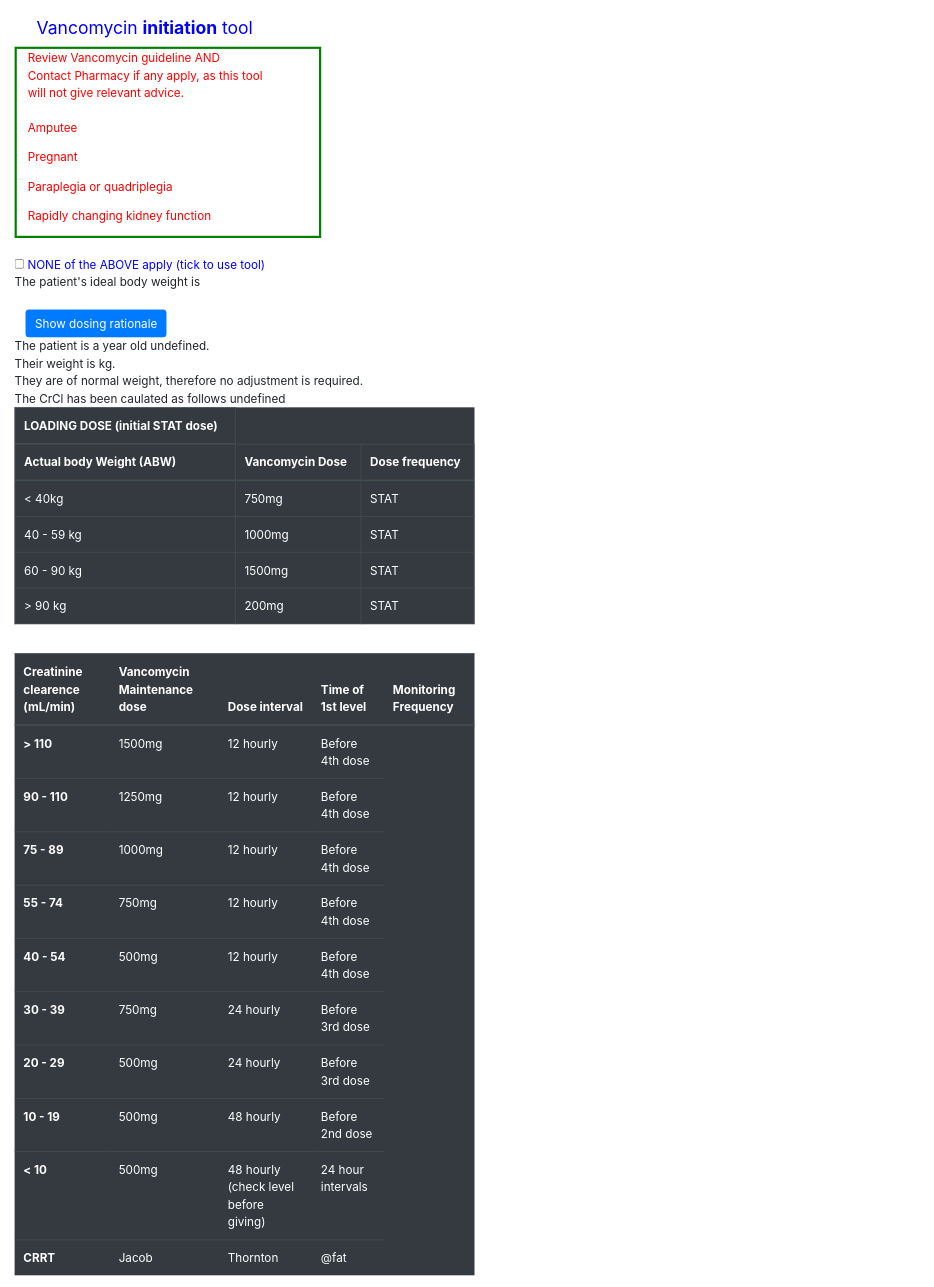
Repository: Mismiles/project-clinical-calculator
Page: index.html
The author's editor kept a record of every edit. The page is drawn from the files as they stood at one moment, then again after the next edit.
The browser window is 1280 px wide. The pictures show the whole page, at 73% of full size.
After loading, the first visible `#explain` was clicked once.

Above is the page before.
Console error: TypeError: document.getElementById(...).className is not a function

After the next edit:
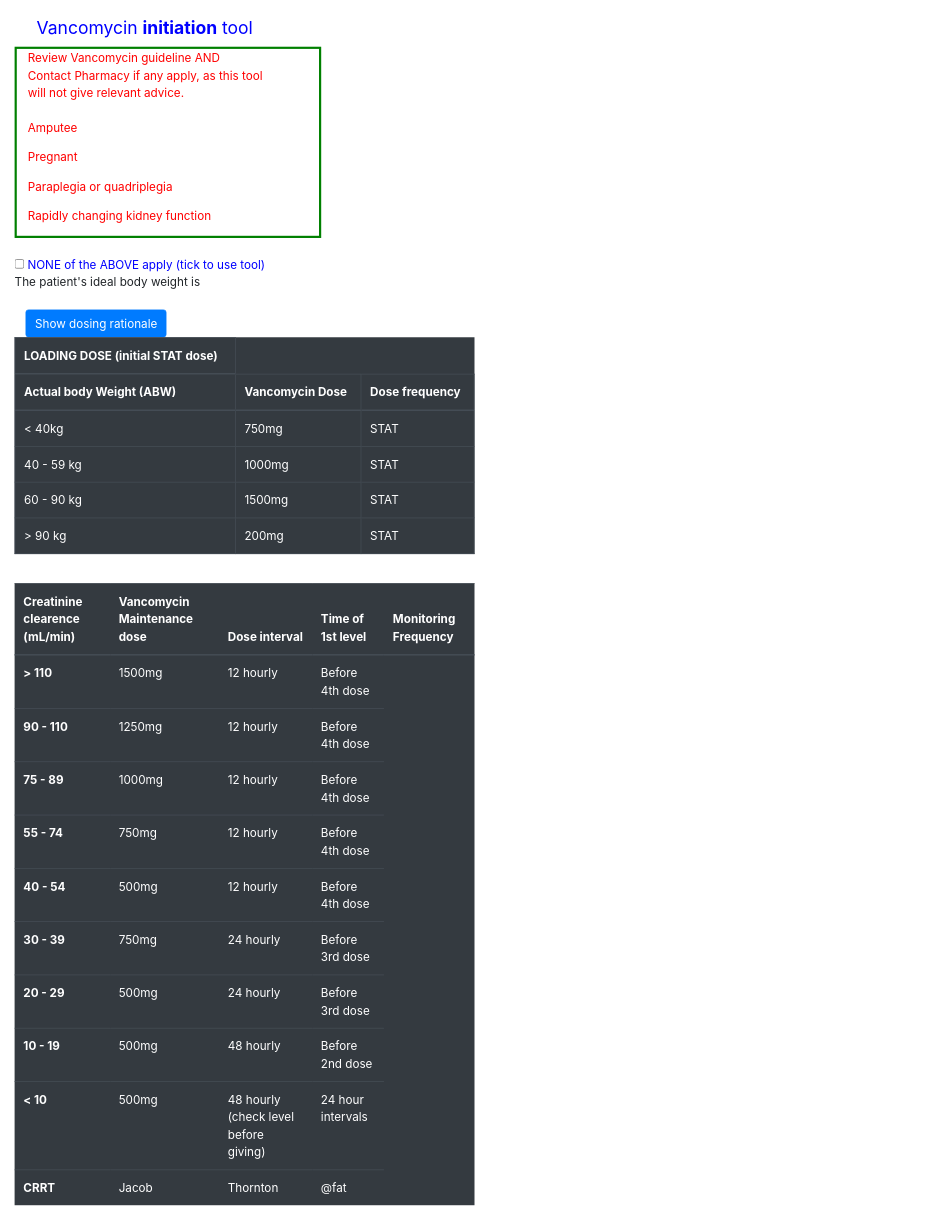
Console error: SyntaxError: Unexpected token '.'
The edit:
--- a/js/calculation.js
+++ b/js/calculation.js
@@ -294,7 +294,7 @@
         if (w.value < 40) {
                 classChange = document.getElementById("under40").className('.table-waring');
             } else if (w.value >=40 && w.value<= 59) {
-                classChange = document.getElementById("40to59").addClass('.table-waring');
+                classChange = document.getElementById("40to59")..className('.table-waring');
             } else if (w.valuet >=60 && w.value<= 90) {
                 classChange = document.getElementById("60to90").addClass('.table-waring');
             } else if (w.value >90) {
